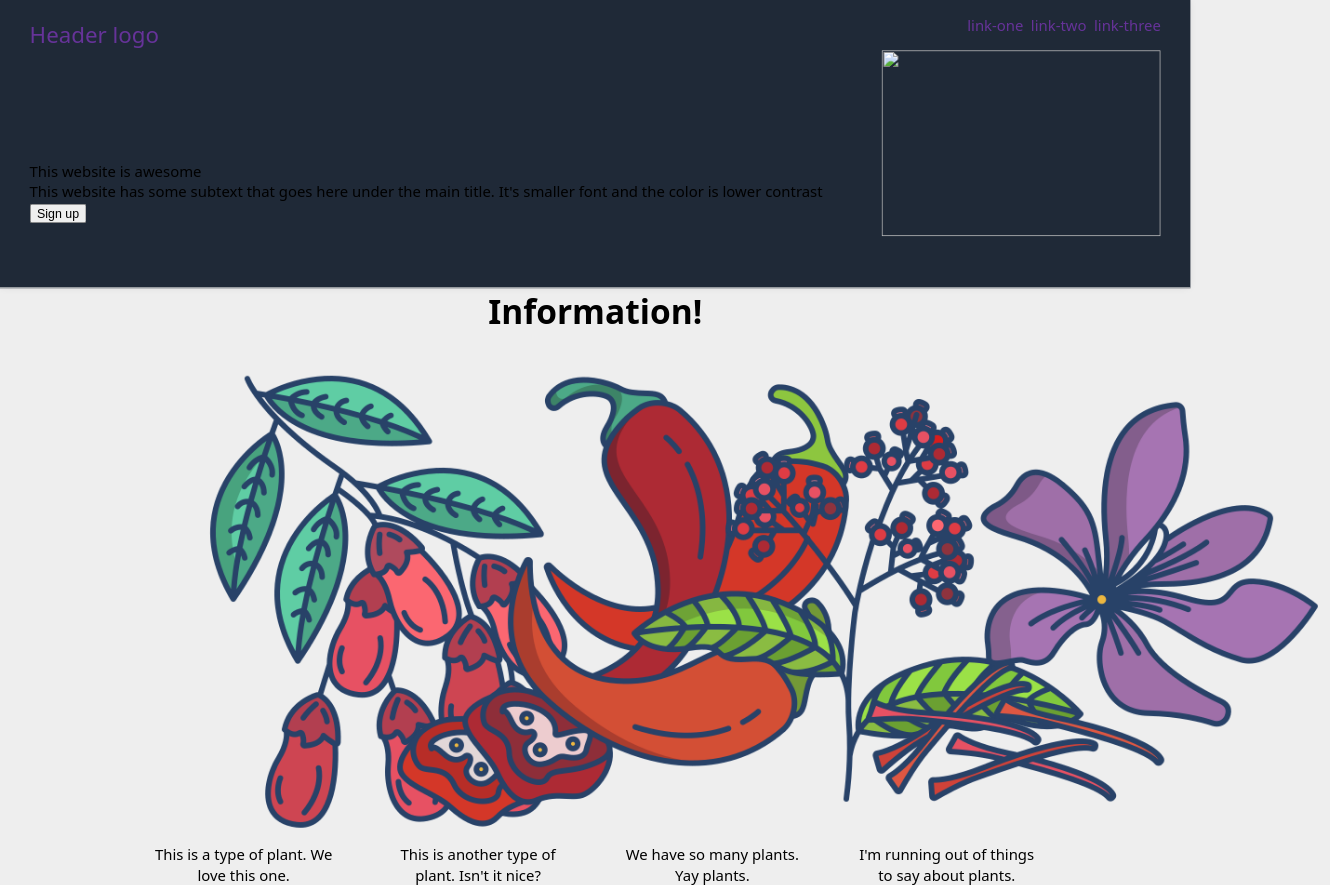
Repository: Simkela4/PROJECT-Landing-page
Page: page.html
The author's editor kept a copy of each file at every save. The page is drawn from the files as they stood at one save, then again after the next save.
The browser window is 1280 px wide. The page is 1430 px wide, then 1280 px, so the pictures cover 1430 px, including what lies to the right of the window. The pictures show the whole page, at 93% of full size.

Above is the page before, as saved 2025-02-04 15:21:59.
Not found: home/simkela/Pictures/man-7768120_1280.webp

### page.html
<!DOCTYPE html>
<html lang="en">
<head>
    <meta charset="UTF-8">
    <meta name="viewport" content="width=device-width, initial-scale=1.0">
    <title>Website</title>
    <link rel="stylesheet" href="style.css">



</head>
<body>
    <div class="header">

      <div class="levo">
        <div class="logo" >
          Header logo
        </div>
        <div class="velikitekst">This website is awesome</div>
        <div class="malitekst">This website has some subtext that goes here under the main title. It's smaller font and the color is lower contrast</div>
        <button type="button">Sign up</button>

        </div>

<div class="desno">
          <ul class="links">
            <li><a href="https://google.com">link-one</a></li>
            <li><a href="https://google.com">link-two</a></li>
            <li><a href="https://google.com">link-three</a></li>
          </ul>
          <img src="/home/simkela/Pictures/man-7768120_1280.webp" width="300" height="200">
        </div>
      </div>











<div class="intro">

  <div class="title">Information!</div>

  <div class="container">
    <div class="info">
      <img   src="assets/barberry.png" alt="barberry" class="slika"  >
      <div class="text">This is a type of plant. We love this one.</div>
    </div>
    <div class="info">
      <img   src="assets/chilli.png" alt="chili" class="slika">
      <div class="text">This is another type of plant. Isn't it nice?</div>
    </div>
    <div class="info">
      <img  src="assets/pepper.png" alt="pepper" class="slika">
      <div class="text">We have so many plants. Yay plants.</div>
    </div>
    <div class="info">
      <img  src="assets/saffron.png" alt="saffron" class="slika" >
      <div class="text">I'm running out of things to say about plants.</div>
    </div>
  </div>

</div>
<div class="main"></div>
<div class="end"></div>
<div class="footer"></div>
</body>
</html>

### style.css
body {
    margin: 0;
    background: #eee;
    font-family: system-ui, -apple-system, BlinkMacSystemFont, 'Segoe UI', Roboto, Oxygen, Ubuntu, Cantarell, 'Open Sans', 'Helvetica Neue', sans-serif
  }

  .header {
    background: #1F2937;
    border-bottom: 1px solid #ddd;
    box-shadow: 0 0 8px rgba(0,0,0,.1);
    height: 500 px;
    padding-bottom: 50px;
    display: flex;
    align-items: center;
    justify-content:space-around;


  }

  .left{

    margin: 200px;



  }
  .logo {
    color: rebeccapurple;
    font-size: 24px;
    margin: 120px;
    margin-top: 0;
    margin-left: 0;

    list-style-type: none;
    display: flex;
    justify-content: left;
    gap: 8px;

  }

  a {
    /* this removes the line under our links */
    text-decoration: none;
    color: rebeccapurple;
  }

  ul {
    list-style-type: none;
    display: flex;
    justify-content: right;
    gap: 8px;
  }


  .intro {

    text-align: center;
  }
  f
  .slika{
    width: 100px;
     height: 100px;
     border: 5px solid black;

  }

  .title {
    font-size: 36px;
    font-weight: 900;
  }

  .title {
    margin-bottom: 32px;
  }

  .container {
    display: flex;
    justify-content: center;
    gap: 52px;
  }

  .info {
    max-width: 200px;
  }

After the next save:
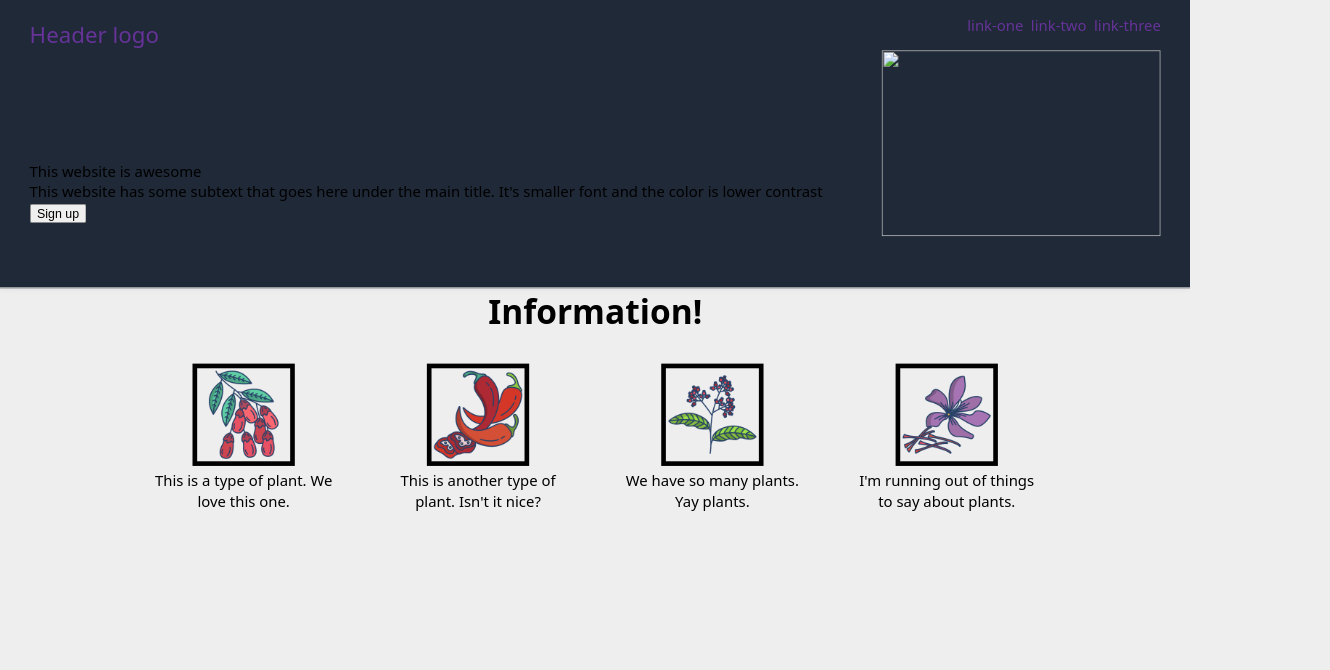
Saved 3 min 25 s later.
--- a/style.css
+++ b/style.css
@@ -56,7 +56,7 @@ body {
 
     text-align: center;
   }
-  f
+
   .slika{
     width: 100px;
      height: 100px;
